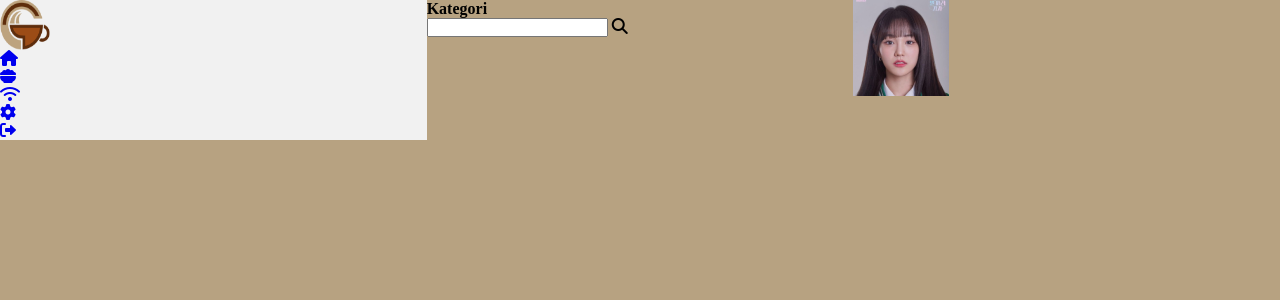
Repository: DanielChuaaa/sbd2
Page: index.html
These files come from the project's save history. The page is drawn as it stood at one moment and after the next save; the edit follows.
The browser window is 1280 px wide. The pictures show the whole page.
Some web libraries are served in a nearby version.

Above is the page before, as saved 2023-10-20 09:58:02.

### index.html
<!DOCTYPE html>
<html lang="en">
<head>
    <meta charset="UTF-8">
    <meta name="viewport" content="width=device-width, initial-scale=1.0">
    <title>Document</title>
    <link href="https://fonts.googleapis.com/css2?family=Roboto+Mono:wght@400;600;700&display=swap" rel="stylesheet" />
    <link
      rel="stylesheet"
      href="https://cdnjs.cloudflare.com/ajax/libs/font-awesome/6.1.2/css/all.min.css"
      integrity="sha512-1sCRPdkRXhBV2PBLUdRb4tMg1w2YPf37qatUFeS7zlBy7jJI8Lf4VHwWfZZfpXtYSLy85pkm9GaYVYMfw5BC1A=="
      crossorigin="anonymous"
      referrerpolicy="no-referrer"
    />
    <link rel="stylesheet" href="style.css">
</head>
<body>
    <div class="container">
        <div class="grid-wrapper">
            <div class="icon">
                <img src="/assets/logo projek SBD 1.png" width="50px" height="50px" alt="logo">
                <a href="#"><i class="fa-solid fa-house"></i></a>
                <a href="#"><i class="fa-solid fa-bowl-food"></i></a>
                <a href="#"><i class="fa-solid fa-wifi"></i></a>
                <a href="#"><i class="fa-solid fa-gear"></i></a>
                <a href="#"><i class="fa-solid fa-right-from-bracket"></i></a>
            </div>

            <div class="content">
                <div class="nav">
                    <h4>Kategori</h4>
                    <input type="text" name="text" id="text">
                    <i class="fa-solid fa-magnifying-glass"></i>
                </div>

                <div class="menu"></div>
            </div>

            <div class="order">
                <img src="/assets/g_8___8_idola_cantik_berbakat_alumni_sm_entertainment_yang_sudah_debut_di_girlgroup_agensi_lain_p_eks_sm_trainee-20220408-001-non_fotografer_kly 1.png" alt="">
            </div>
        </div>
    </div>
</body>
</html>

### style.css
:root{
    --clr-primary-100: #B7A281;

    --clr-neutral-100: #A2A2A2;
    --clr-neutral-200: #D9D9D9;
    --clr-neutral-300: #F8F8F8;
    --clr-neutral-400: #f1f1f1;

    --ff: "Roboto Mono", monospace;

    --fw-regular: 400;
    --fw-semi-bold: 600;
    --fw-bold: 700;
}

*{
    box-sizing: border-box;
    margin: 0;
    padding: 0;
}

body{
    background-color: #B7A281;
}

.grid-wrapper{
    display: grid;
    grid-template-columns: 1fr 1fr 1fr;
}

.icon{
    background: var(--clr-neutral-400);

    display: flex;
    flex-direction: column;
}

After the next save:
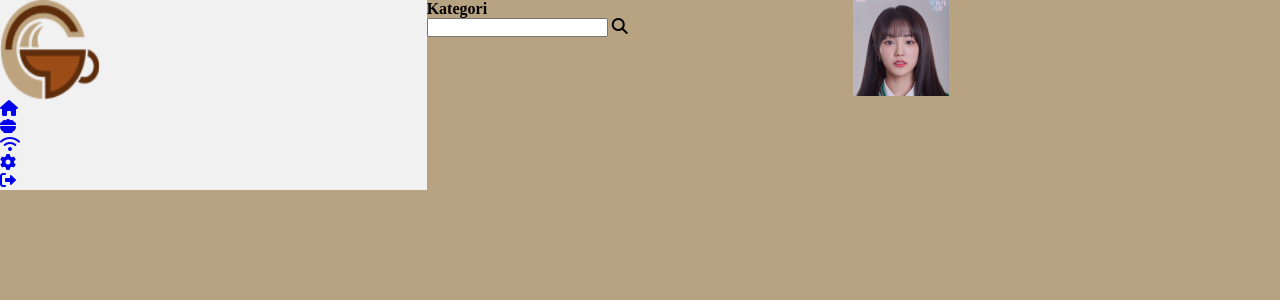
Saved 25 s later.
--- a/index.html
+++ b/index.html
@@ -18,7 +18,7 @@
     <div class="container">
         <div class="grid-wrapper">
             <div class="icon">
-                <img src="/assets/logo projek SBD 1.png" width="50px" height="50px" alt="logo">
+                <img src="/assets/logo projek SBD 1.png" width="100px" height="100px" alt="logo">
                 <a href="#"><i class="fa-solid fa-house"></i></a>
                 <a href="#"><i class="fa-solid fa-bowl-food"></i></a>
                 <a href="#"><i class="fa-solid fa-wifi"></i></a>
